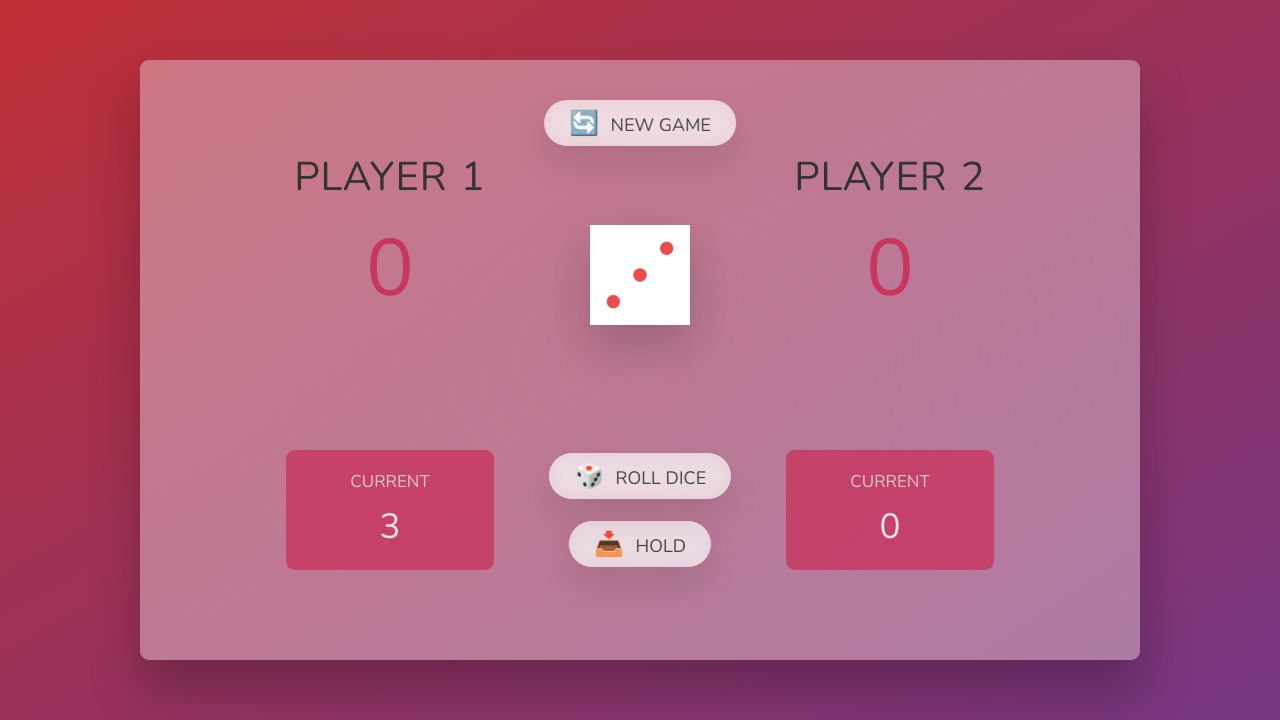
Repository: AbanoubSamyTawfek2002/pig-game
Page: index.html
An editor plug-in stored every save of this project. The page is shown before and after the next save, followed by the edit.
The browser window is 1280 px wide. The pictures show the whole page.
After loading, the first visible `button.btn--roll` was clicked once.

Above is the page before, as saved 2025-09-29 16:28:47.

After the next save:
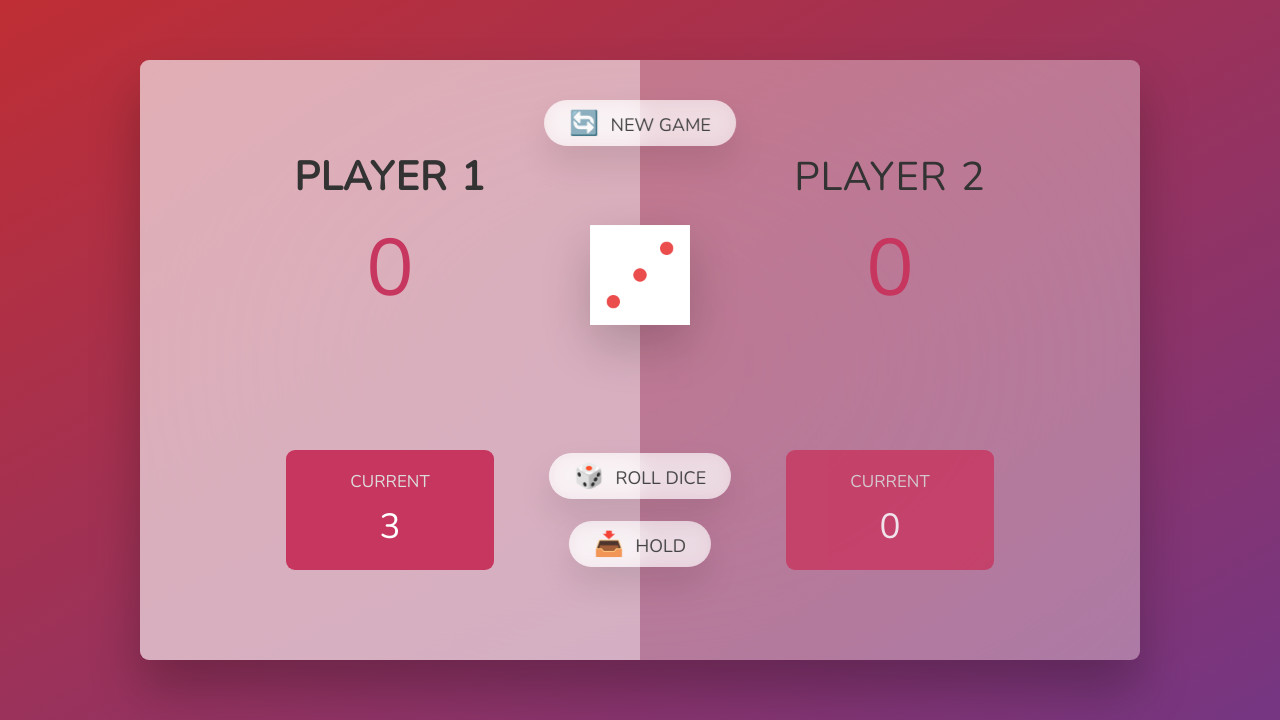
Saved 47 s later.
--- a/script.js
+++ b/script.js
@@ -25,13 +25,13 @@
     currentscore0 += random;
     document.getElementById(`current--${currentPlayer}`).textContent =
       currentscore0;
-    document
-      .querySelector(`.player--${currentPlayer}`)
-      .classList.toggle('player--active');
   } else {
     currentscore0 = 0;
     currentPlayer = currentPlayer === 0 ? 1 : 0;
     document.getElementById(`current--${currentPlayer}`).textContent =
       currentscore0;
+    document
+      .querySelector(`.player--${currentPlayer}`)
+      .classList.toggle('player--active');
   }
 });

After the 6 saves that followed:
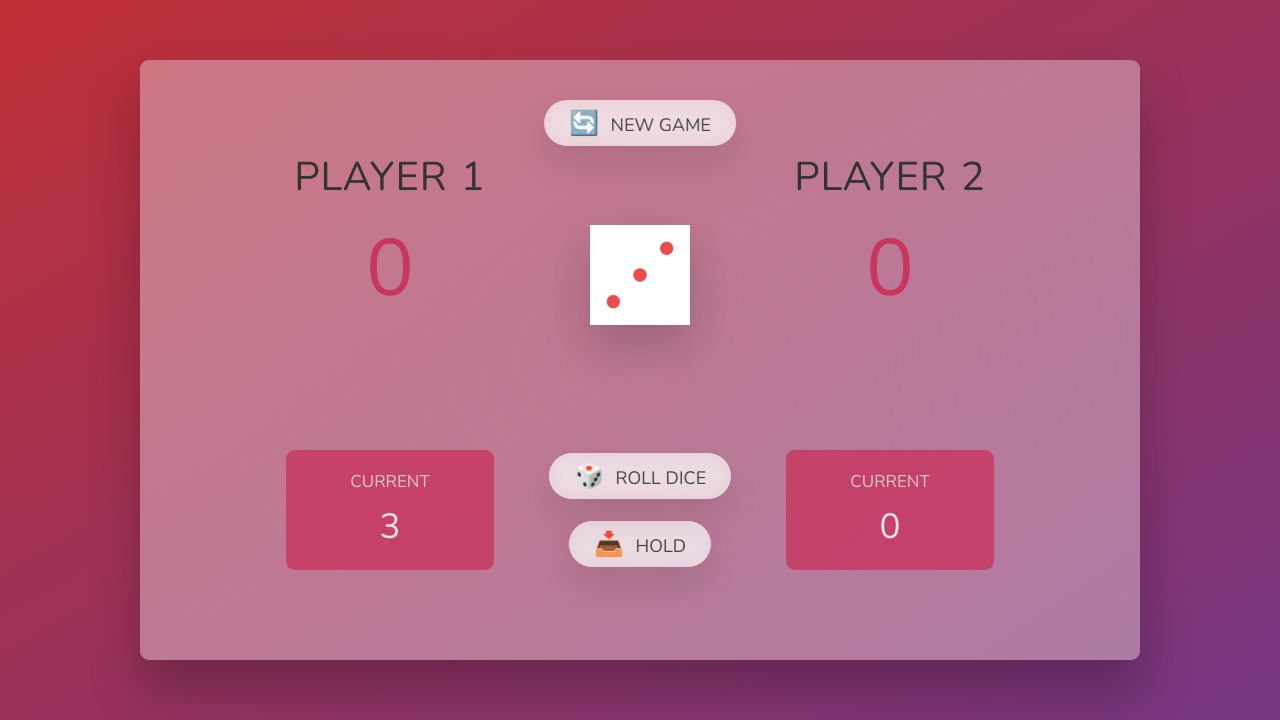
The 6 saves are shown as one change because 5 left the picture as it was.
The last was saved 11 min 15 s later.
--- a/script.js
+++ b/script.js
@@ -25,13 +25,16 @@
     currentscore0 += random;
     document.getElementById(`current--${currentPlayer}`).textContent =
       currentscore0;
+    // playerActive0.classList.add('player--active');
+    // playerActive1.classList.remove('player--active');
+    playerActive0.classList.toggle('player--active');
   } else {
+    playerActive1.classList.toggle('player--active');
+    // playerActive0.classList.remove('player--active');
+    // playerActive1.classList.add('player--active');
     currentscore0 = 0;
     currentPlayer = currentPlayer === 0 ? 1 : 0;
     document.getElementById(`current--${currentPlayer}`).textContent =
       currentscore0;
-    document
-      .querySelector(`.player--${currentPlayer}`)
-      .classList.toggle('player--active');
   }
 });
